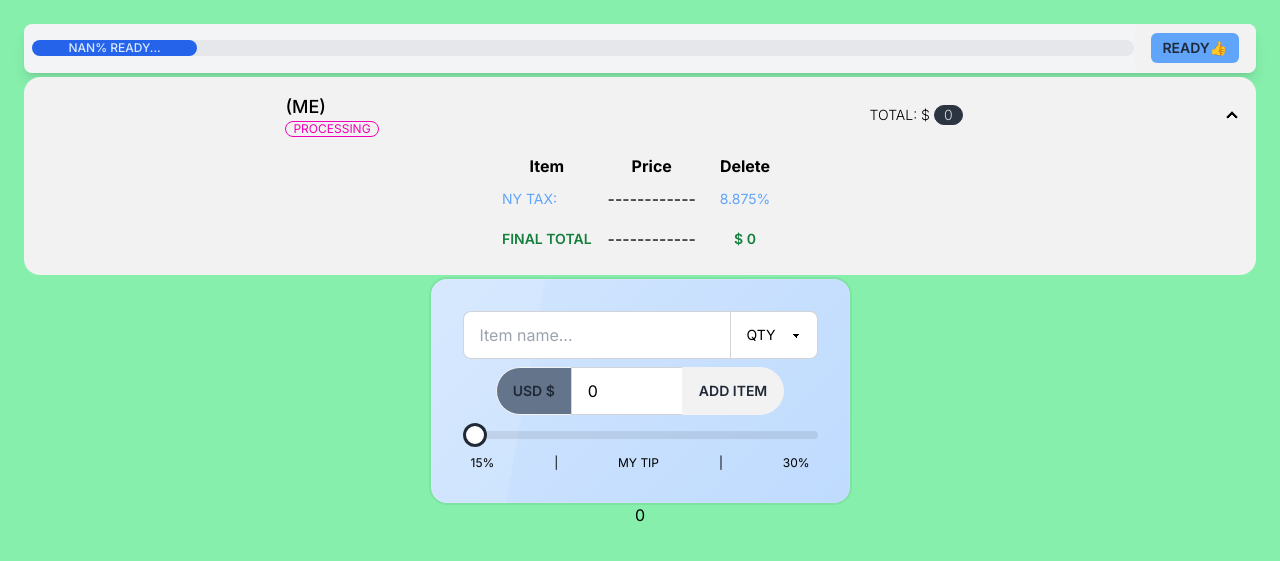
Repository: bitepay/bitepay-xyz
Page: /table
These files come from the project's save history. The page is drawn as it stood at one moment and after the next save; the edit follows.
The browser window is 1280 px wide. The pictures show the whole page.
The page's requests for data from a server got no answer. The project was rebuilt for these pictures with package versions that can differ from the ones it lists, and the page was loaded fresh each time. The framework's server and built-in components were replaced by stand-ins that run in the browser. No one was signed in, and anything a server would have sent is missing. Also part of the build but not shown: next.config.js.

Above is the page before, as saved 2023-06-28 08:17:13.

After the next save:
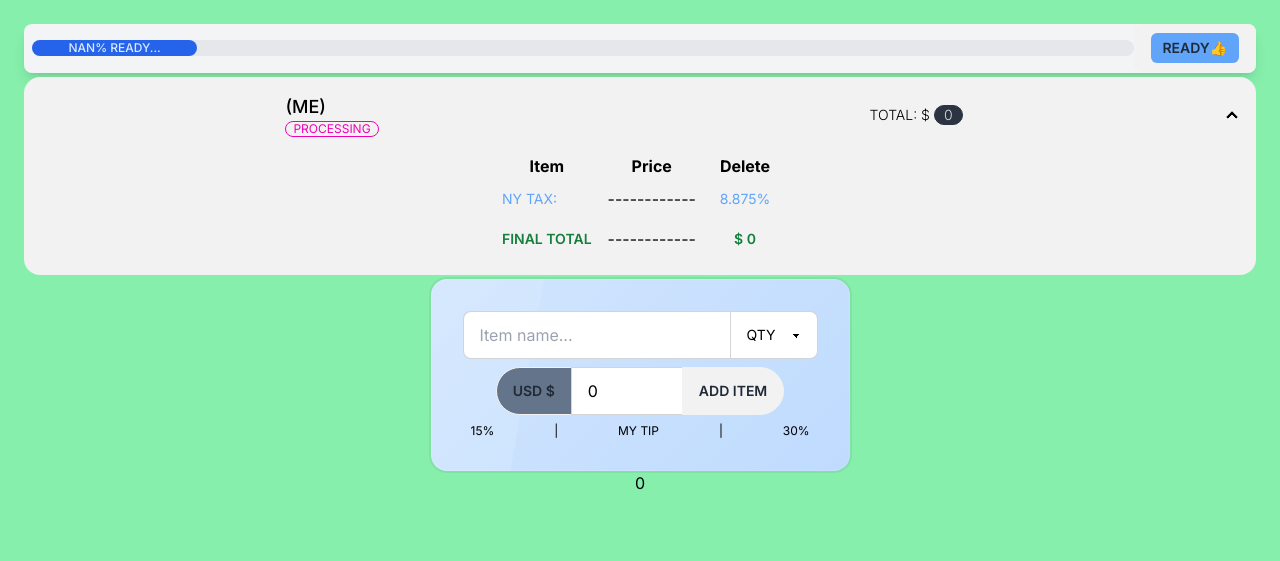
Saved 26 s later.
--- a/src/components/AddItemInput.jsx
+++ b/src/components/AddItemInput.jsx
@@ -69,7 +69,7 @@ export const AddItemInput = ({ handleUserUpdate, user, setUser }) => {
 							<button className="btn join-item rounded-r-full" disabled={user.status === 'READY'} onClick={(e) => handleClick(e)}>ADD ITEM</button>
 						</div>
 					</div>
-						<input type="range" className="range" min={15} max={30} value={user.tip} step={1} onChange={(e) => handleTipChange(e)} disabled={user.status === 'READY'} />
+						<input type="range" className="range" min={15} max={30} value={user.tip} step={1} onChange={(e) => handleTipChange(e)} hidden={user.status !== 'READY'} />
 						<div className="w-full flex justify-between text-xs px-2">
 							<span>15%</span>
 							<span>|</span>
